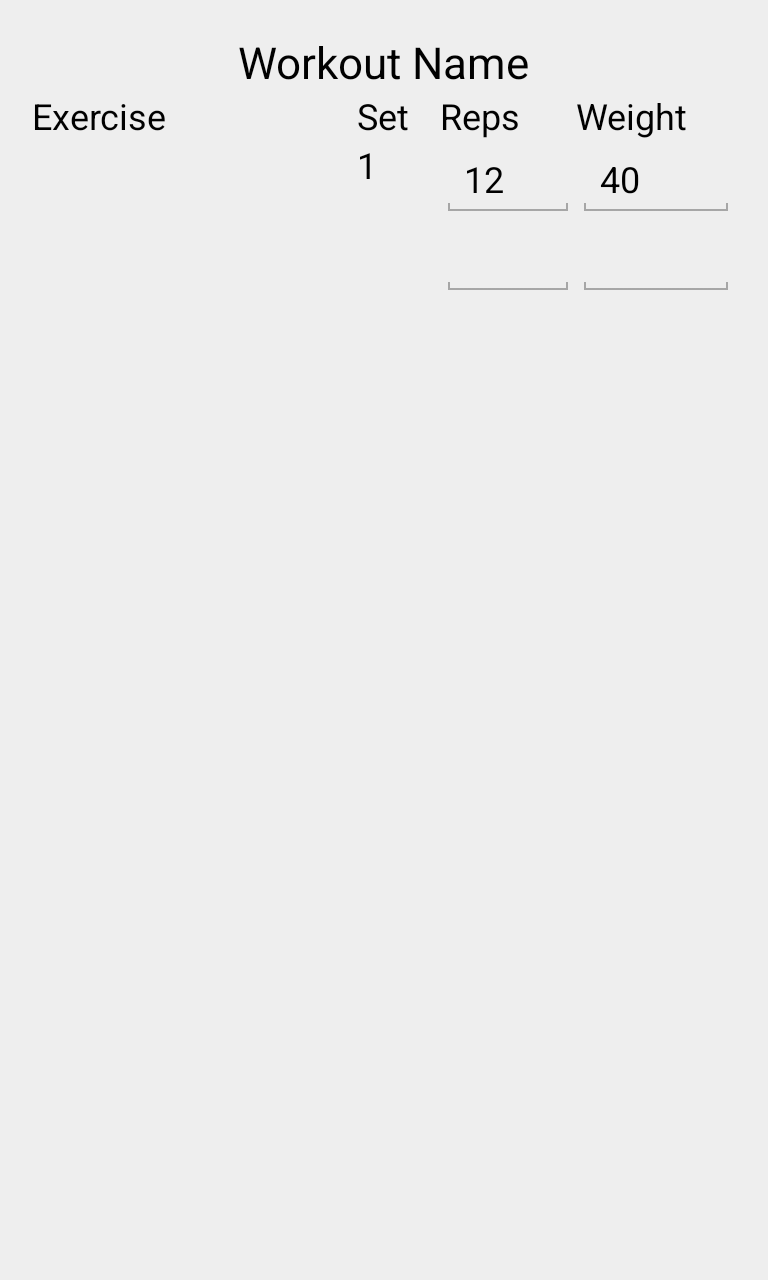
Repository: jmcdon09/EZWorkout
Layout: EzTrain/EzTrain/res/layout/activity_active_workout.xml
The author's editor kept a copy of each file at every save. The layout is drawn from the files as they stood at one save, then again after the next save.
It is drawn on a 768 x 1280 px phone screen (xhdpi) without system bars, with theme AppTheme; the app's code is not run.

Above is the layout before, as saved 2014-03-30 14:19:50.

After the next save:
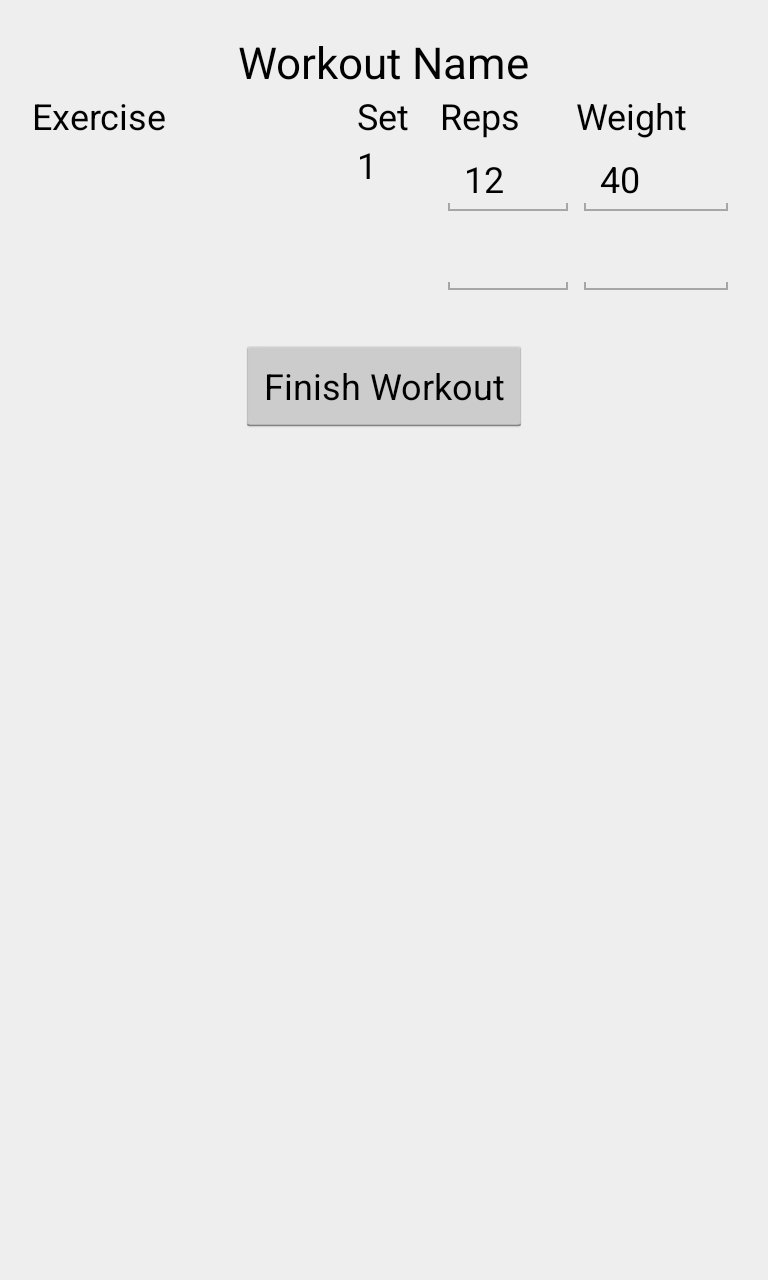
Saved 2 min 30 s later.
--- a/EzTrain/EzTrain/res/layout/activity_active_workout.xml
+++ b/EzTrain/EzTrain/res/layout/activity_active_workout.xml
@@ -131,4 +131,13 @@
             </TableRow>
         </TableLayout>
 
+        <Button
+            android:id="@+id/finish_workout"
+            android:layout_width="wrap_content"
+            android:layout_height="wrap_content"
+            android:layout_gravity="center"
+            android:layout_marginTop="20dp"
+            android:text="Finish Workout" >
+        </Button>
+
 </LinearLayout>
